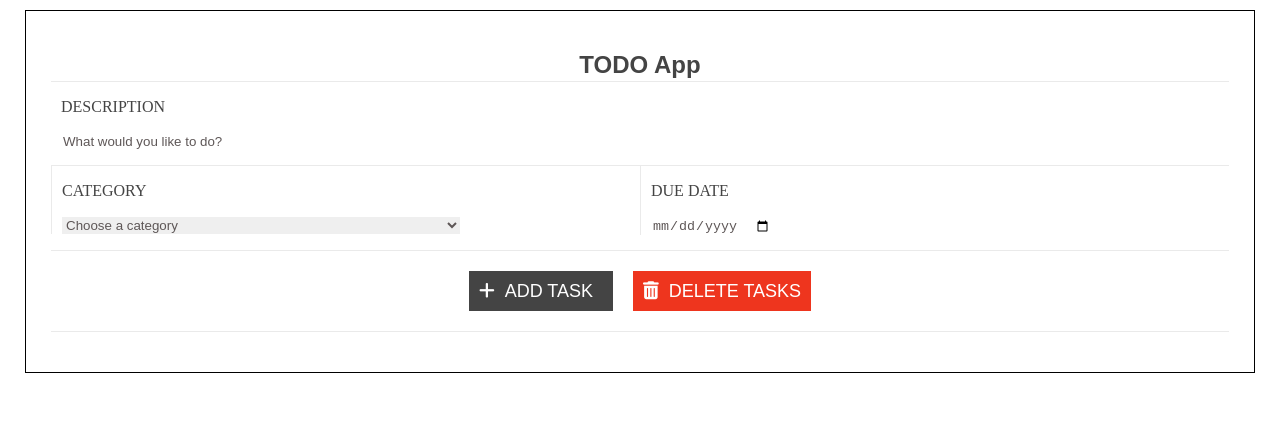
Repository: king-slayer97/TODO-App
Page: http://localhost/
An editor plug-in stored every save of this project. The page is shown before and after a run of saves, followed by the edit.
The browser window is 1280 px wide. The pictures show the whole page.
Some web libraries are served in a nearby version. The page is served by the project's Node server (index.js). Other server files are loaded and not shown. Queries for data that is not in the repository find no rows.

Above is the page before, as saved 2022-08-17 22:44:32.

### views/home.ejs
<!DOCTYPE html>
<html lang="en">

<head>
    <meta charset="UTF-8">
    <meta http-equiv="X-UA-Compatible" content="IE=edge">
    <meta name="viewport" content="width=device-width, initial-scale=1.0">
    <title>TODO App</title>
    <link rel="stylesheet" href="https://cdnjs.cloudflare.com/ajax/libs/font-awesome/6.1.1/css/all.min.css"
        integrity="sha512-KfkfwYDsLkIlwQp6LFnl8zNdLGxu9YAA1QvwINks4PhcElQSvqcyVLLD9aMhXd13uQjoXtEKNosOWaZqXgel0g=="
        crossorigin="anonymous" referrerpolicy="no-referrer" />
    <link rel="stylesheet" href="/css/home.css">
</head>

<body>
    <div class="wrapper">
        <div class="heading">
            <h2>TODO App</h2>
        </div>
        <form action="" method="post">
            <div class="description">
                <p>Description</p>
                <input type="text" name="description" placeholder="What would you like to do?">
            </div>
            <div class="section2">
                <div class="category">
                    <p>Category</p>
                    <select name="category">
                        <option selected disabled><i class="fa-solid fa-caret-down"></i>Choose a category </option>
                        <option value="Personal">Personal</option>
                        <option value="Work">Work</option>
                        <option value="School">School</option>
                        <option value="Cleaning">Cleaning</option>
                        <option value="Other">Other</option>
                    </select>
                </div>
                <div class="date">
                    <p>Due Date</p>
                    <input type="date" name="due_date">
                </div>
            </div>
            <div class="buttons">
                <button type="submit" id="add-button" formaction="/create-task"><i class="fa-solid fa-plus"></i>Add
                    Task</button>
                <button id="delete-button" formaction="/delete-task"><i class="fa-solid fa-trash-can"></i>Delete
                    Tasks</button>
            </div>
            <!-- </form>
        <form action="/delete-task" method="POST"> -->
            <div class="tasks">
                <% for(let task of tasks){ %>
                    <div class="task-wrapper">
                        <div class="input-wrapper">
                            <input type="checkbox" name="taskItem" value=<%=task._id %>>
                            <div class="task">
                                <div class="task-desc-wrapper">
                                    <div class="task-desc">
                                        <label class="strike-<%=task._id %>">
                                            <%=task.description %>
                                        </label>
                                    </div>
                                    <span class="task-dueDate strike-<%=task._id %>">
                                        <i class="fa-solid fa-calendar-days"></i>
                                        <span class="task-date">
                                            <%=task.due_date %>
                                        </span>
                                    </span>
                                </div>
                            </div>
                        </div>
                            <div class="task-category">
                                <%=task.category %>
                            </div>
                    </div>
                        <% } %>
        </form>
    </div>
    <script src="/js/home.js"></script>
</body>

</html>

### index.js
const express = require('express');
const PORT = 3000;
const app = express();
const db = require('./config/mongoose');

//setup view engine
app.set('view engine', 'ejs');
app.set('views','./views');
app.use(express.static('assets'));
app.use(express.urlencoded());

//importing routes
const router = require('./routes');
app.use('/',router);

//Listening on port 3000
app.listen(PORT, function(err){
    if(err) {
        console.log(`Error: ${err}`);
    }
    else{
        console.log(`Listening on port ${PORT}`);
    }
});

### controllers/home_controller.js
const Task = require('../models/userTask');

module.exports.homePage = function(req, res){
    Task.find({}, function(err, taskList){
        if(err){
            console.log(`Couldnt perform read operation. Please try again!`);
        }
        else{
            // console.log(taskList);
            res.render('home',{title: "TODO App",tasks:taskList});
        }
    });
};

### assets/css/home.css
body {
  margin: 0;
}

.wrapper {
  border: 1px solid black;
  padding: 20px 25px;
  margin: 10px 25px;
  /* height: 90vh; */
}

.heading {
  text-align: center;
  border-bottom: 1px solid #eaeaea;
  height: 30px;
  /* display: flex;
    align-items: center;
    justify-content: center; */
}

.heading h2 {
  color: #444444;
  font-family: Arial, Helvetica, sans-serif;
  /* font-style: inherit; */
}

.description {
  border-bottom: 1px solid #eaeaea;
  /* display: flex;
    flex-direction:column;
    justify-content: flex-start; */
  /* background-color: yellow; */
  padding: 0px 10px;
  padding-bottom: 15px;
}

.description p,
.category p,
.date p {
  color: #444444;
  text-transform: uppercase;
  /* background-color: pink; */
}

.description input[type="text"] {
  border-style: none;
  width: 100%;
  /* text-align: left; */
}

.section2 {
  display: flex;
  align-items: center;
  justify-content: flex-start;
  border-bottom: 1px solid #eaeaea;
  padding-bottom: 15px;
}

.category select {
  width: 70%;
  /* -webkit-appearance: none;
  -moz-appearance: none;
  appearance: none; Remove default arrow */
  /* background-image: url(...);   Add custom arrow */
  /* background-color: transparent; */
}

select option {
  cursor: pointer;
  /* color: #333; */
}

/* select option:hover{
  background-color:pink;
} */

.category,
.date {
  /* height: 100%; */
  padding: 0px 10px;
  flex: 0.5;
}

/* .date input[type="date"] {
  /* height: 100%; */
/* } */

.category select,
.description input[type="text"],
input::placeholder,
.date input[type="date"] {
  font-size: 0.9 rem;
  border: none;
  outline: 0px;
  color: rgb(94, 87, 87);
  /* -webkit-appearance: button; */
  /* -webkit-box-shadow: 0px 1px 3px rgba(0, 0, 0, 0.1); */
}

.section2 .date,
.section2 .category {
  border-left: 1px solid #eaeaea;
}

.buttons {
  padding: 10px 15px;
  display: flex;
  align-items: center;
  justify-content: center;
  border-bottom: 1px solid #eaeaea;
}

.buttons button {
  margin: 10px;
  height: 40px;
  /* width: 150px; */
  text-transform: uppercase;
  color: white;
  border: none;
  padding: 5px 10px;
  cursor: pointer;
  font-size: large;
}

#add-button {
  background-color: #444444;
  padding-right: 20px;
}

#delete-button {
  background-color: #ee351e;
}

#delete-button i,
#add-button i {
  margin-right: 10px;
}

.tasks {
  margin-top: 20px;
}

.tasks .task {
  border-bottom: 1px solid #eaeaea;
  padding: 10px 0px;
  display: flex;
  align-items: center;
  justify-content: space-between;
}

.tasks .task-desc {
  display: flex;
  align-items: center;
}

.task-wrapper{
  display: flex;
  align-items: center;
  justify-content: space-between;

}

.input-wrapper{
  display: flex;
}

.tasks .task-dueDate {
  font-size: 12px;
  /* margin: 20px; */
  margin-left: 30px;
  color: grey;
}

.task-date{
  margin-left: 5px;
  text-transform: uppercase;
}

.tasks .task-category {
  /* border: 1px solid black; */
  padding: 10px 5px;
  text-transform: uppercase;
  width: 90px;
  text-align: center;
  color: white;
}

### assets/js/home.js
console.log(`This is home.js`);

let categoryContainer = document.querySelectorAll(".task-category");
console.log(categoryContainer);

//changing the date format
let dueDates = document.querySelectorAll(".task-date");
console.log(dueDates);
for (let i = 0; i < dueDates.length; i++) {
  var mydate = new Date(dueDates[i].innerText);
  console.log(mydate);
  var month = [
    "Jan",
    "Feb",
    "Mar",
    "Apr",
    "May",
    "June",
    "July",
    "Aug",
    "Sep",
    "Oct",
    "Nov",
    "Dec",
  ][mydate.getMonth()];
  let str;
  if (month === undefined) {
    str = "No Deadline";
  } else {
    str = month + " " + mydate.getDate() + ", " + mydate.getFullYear();
}
    dueDates[i].innerText = str;
}

//Maintaining the color of the Category
for (let category of categoryContainer) {
  if (category.innerText == "SCHOOL") {
    category.style.backgroundColor = "#f2a700";
  } else if (category.innerText == "WORK") {
    category.style.backgroundColor = "#9c00af";
  } else if (category.innerText == "PERSONAL") {
    category.style.backgroundColor = "#3f51b5";
  } else {
    category.style.display = "none";
  }
}

var checkedBoxes = document.querySelectorAll('input[name="taskItem"]');
console.log(checkedBoxes);

//Adding event listeners for striking off the checked task
for (let i = 0; i < checkedBoxes.length; i++) {
  let id = checkedBoxes[i].defaultValue;
  let elements = document.querySelectorAll(`.strike-${id}`);
  elements.forEach(function (element) {
    element.style.marginLeft = "10px";
  });
  checkedBoxes[i].addEventListener("click", function () {
    if (checkedBoxes[i].checked) {
      elements.forEach(function (element) {
        element.style.textDecoration = "line-through";
      });
    } else {
      elements.forEach(function (element) {
        element.style.textDecoration = "none";
      });
    }
    // document.querySelector(`#${checkedBoxes[i].defaultValue}`).
    // if(document.querySelectorAll('input[name="taskItem"]:checked')){
    //     let elements = document.querySelectorAll('.strike');
    //     console.log(elements);
    // }
    console.log(`Inside Event Listener`);
  });
}

After the next 2 saves:
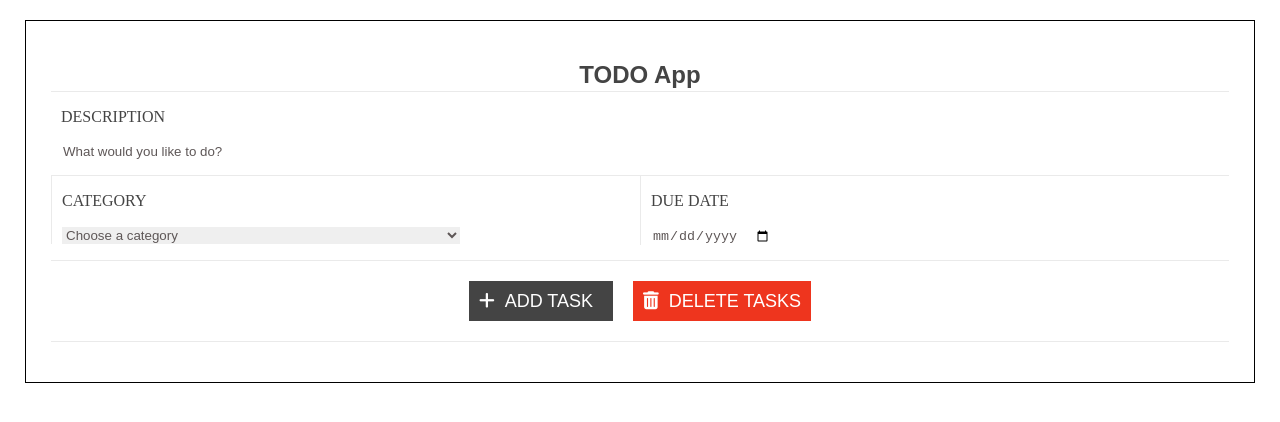
The 2 saves are shown as one change because they came seconds apart.
The last was saved 8 s later.
--- a/assets/css/home.css
+++ b/assets/css/home.css
@@ -5,7 +5,7 @@ body {
 .wrapper {
   border: 1px solid black;
   padding: 20px 25px;
-  margin: 10px 25px;
+  margin: 20px 25px;
   /* height: 90vh; */
 }
 
